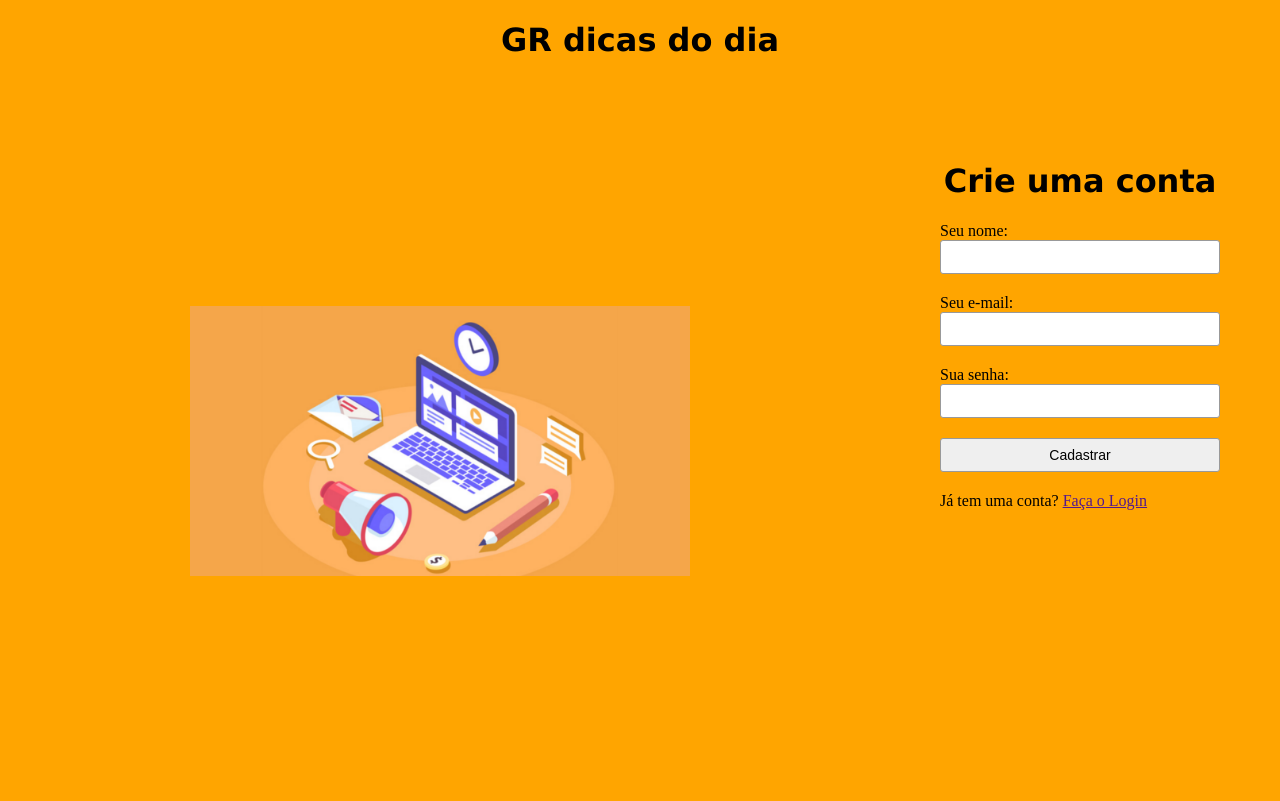
Repository: rafavirginio/tela-de-login
Page: index.html
The author's editor kept a copy of each file at every save. The page is drawn from the files as they stood at one save, then again after the next save.
The browser window is 1280 px wide. The pictures show the whole page.

Above is the page before, as saved 2020-09-15 18:13:42.

### index.html
<!DOCTYPE html>
<html lang="en">

<head>
    <meta charset="UTF-8">
    <meta name="viewport" content="width=device-width, initial-scale=1.0">
    <title> Validador de Formulário </title>
    <link rel="stylesheet" href="style.css" />
    <h1>GR dicas do dia</h1>

</head>

<body>

    <div class="screen">
        <div class="leftside">
            <img src="imgGR.png" alt ""/>

        </div>
        <div class="rightside">
            <h1>Crie uma conta</h1>

            <form method="POST" action="cadastro.php" class="grValidator">


                <label>
                Seu nome: <br/>
                <input type="text" name="name" data-rules="required|min=2" />
            </label>
                <label>
                Seu e-mail: <br/>
                <input type="text" name="email" data-rules="required|email" />
            </label>
                <label>
                Sua senha: <br/>
                <input type="password" name="password"data-rules="required|min=4" />
                </label>
                <label>
                <input type="submit" value="Cadastrar" />
                </label>
            </form>
            <div>
                Já tem uma conta? <a href=""> Faça o Login</a>
            </div>
        </div>

        <script src="script.js"></script>
</body>

</html>

### style.css
* {
    box-sizing: border-box;
}

h1 {
    font-family: 'Lucida Sans', 'Lucida Sans Regular', 'Lucida Grande', 'Lucida Sans Unicode', Geneva, Verdana, sans-serif;
    display: flex;
    justify-content: center;
}

body {
    background-color: orange;
    margin: 0;
    /* flex-wrap: wrap; */
}

.screen {
    display: flex;
    height: 100vh;
    flex-wrap: wrap;
}

.leftside {
    flex: 1;
    display: flex;
    justify-content: center;
    align-items: center;
}

.leftside img {
    max-width: 500px;
    height: auto;
}

.rightside {
    width: 400px;
    background-color: orange;
    padding: 60px;
}

.rightside label {
    display: block;
    margin-bottom: 20px;
}

.rightside input {
    width: 100%;
    border: 1px solid #999;
    border-radius: 3px;
    padding: 8px;
    font-size: 14px;
    outline: 0;
}

.error {
    font-size: 11px;
    background-color: orangered;
    color: #FFF;
    padding: 4px;
    border-radius: 5px;
}

### script.js
let grValidator = {
    handleSubmit: (event) => {
        event.preventDefault();
        let send = true;

        let inputs = form.querySelectorAll('input');

        grValidator.clearErrors();

        for (let i = 0; i < inputs.length; i++) {
            let input = inputs[i];
            let check = grValidator.checkInput(input);
            if (check !== true) {
                send = false;
                grValidator.showError(input, check);
            }
        }

        if (send) {
            form.submit();
        }
    },
    checkInput: (input) => {
        let rules = input.getAttribute('data-rules');

        if (rules !== null) {
            rules = rules.split('|');
            for (let k in rules) {
                let rDetails = rules[k].split('=');
                switch (rDetails[0]) {
                    case 'required':
                        if (input.value == '') {
                            return 'Este campo é obrigatório.';
                        }
                        break;
                    case 'min':
                        if (input.value.length < rDetails[1]) {
                            return 'Campo deve conter pelo menos ' + rDetails[1] + ' caracteres';
                        }
                        break;
                    case 'email':
                        if (input.value != '') {
                            //validação email
                            let regex = /^(([^<>()\[\]\\.,;:\s@"]+(\.[^<>()\[\]\\.,;:\s@"]+)*)|(".+"))@((\[[0-9]{1,3}\.[0-9]{1,3}\.[0-9]{1,3}\.[0-9]{1,3}])|(([a-zA-Z\-0-9]+\.)+[a-zA-Z]{2,}))$/;
                            if (!regex.test(input.value.toLowerCase())) {
                                return 'E-mail digitado não é válido!';
                            }

                        }
                        break;
                }
            }
        }

        return true;
    },

    showError: (input, error) => {
        input.style.borderColor = '#FF0000';

        let errorElement = document.createElement('div');
        errorElement.classList.add('error');
        errorElement.innerHTML = error;

        input.parentElement.insertBefore(errorElement, input.ElementSibling)
    },
    clearErrors: () => {
        let inputs = form.querySelectorAll('input');
        for (let i = 0; i < inputs.length; i++) {
            inputs[i].style = '';
        }
        let errorElements = document.querySelectorAll('.error');
        for (let i = 0; i < errorElements.length; i++) {
            errorElements[i].remove();

        }
    }
};
let form = document.querySelector('.grValidator');
form.addEventListener('submit', grValidator.handleSubmit);

After the next save:
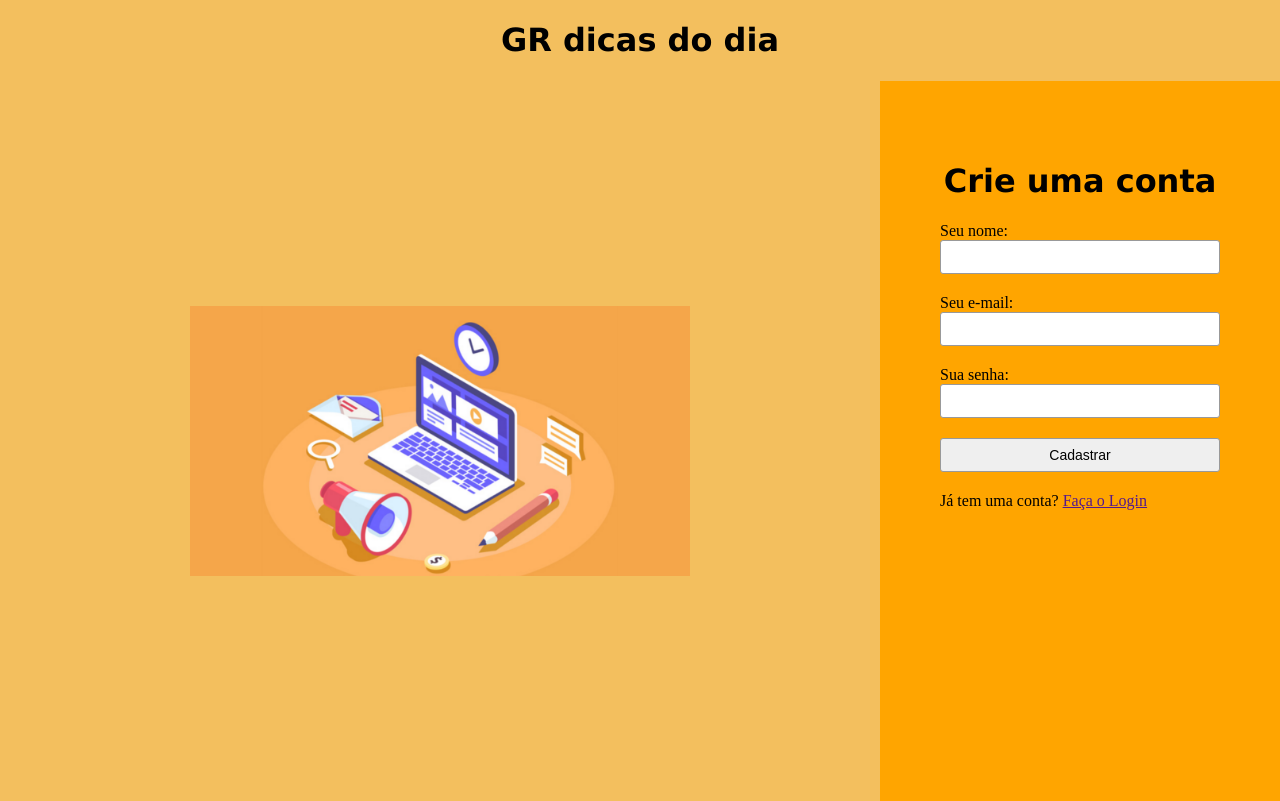
Saved 2 min 3 s later.
--- a/style.css
+++ b/style.css
@@ -9,7 +9,7 @@ h1 {
 }
 
 body {
-    background-color: orange;
+    background-color: rgb(243, 191, 94);
     margin: 0;
     /* flex-wrap: wrap; */
 }
